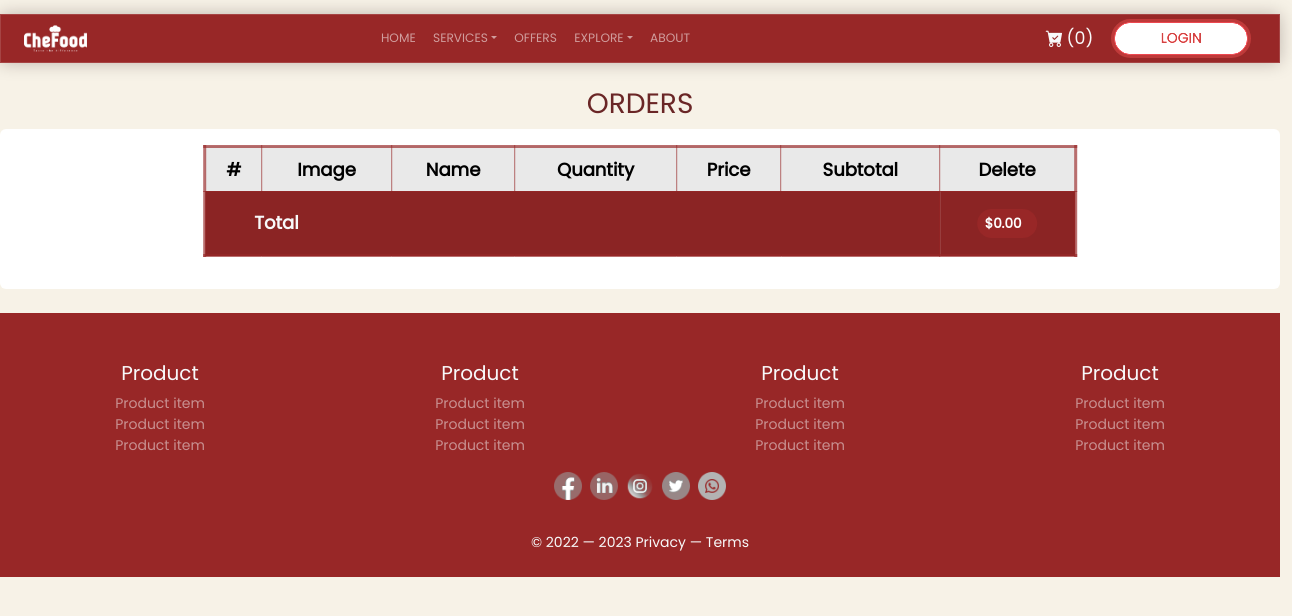
Repository: qamchamine/chefood
Page: /cart (app in front-end/)
These files come from the project's save history. The page is drawn as it stood at one moment and after the next save; the edit follows.
The browser window is 1280 px wide. The page is 1292 px wide, so the pictures cover 1292 px, including what lies to the right of the window. The pictures show the whole page.
The project was rebuilt for these pictures with package versions that can differ from the ones it lists, and the page was loaded fresh each time. Some packages were replaced by stand-ins written for this rebuild. Also part of the build but not shown: front-end/src/css/products.css, front-end/src/components/small_components/ProductCard.jsx, front-end/src/components/small_components/AddProduct.jsx, front-end/src/components/pages/sub-pages/Products.jsx, front-end/src/components/small_components/ButtonMain.jsx, front-end/src/components/small_components/HomeCard.jsx, front-end/src/components/small_components/HomeCardFullSection.jsx, front-end/src/components/pages/Home.jsx and 33 more. Imported but missing from the stored project, and not drawn on this page: front-end/src/sounds/applause.mp3, front-end/src/sounds/wheel.mp3.

Above is the page before, as saved 2023-06-25 20:36:28.

After the next save:
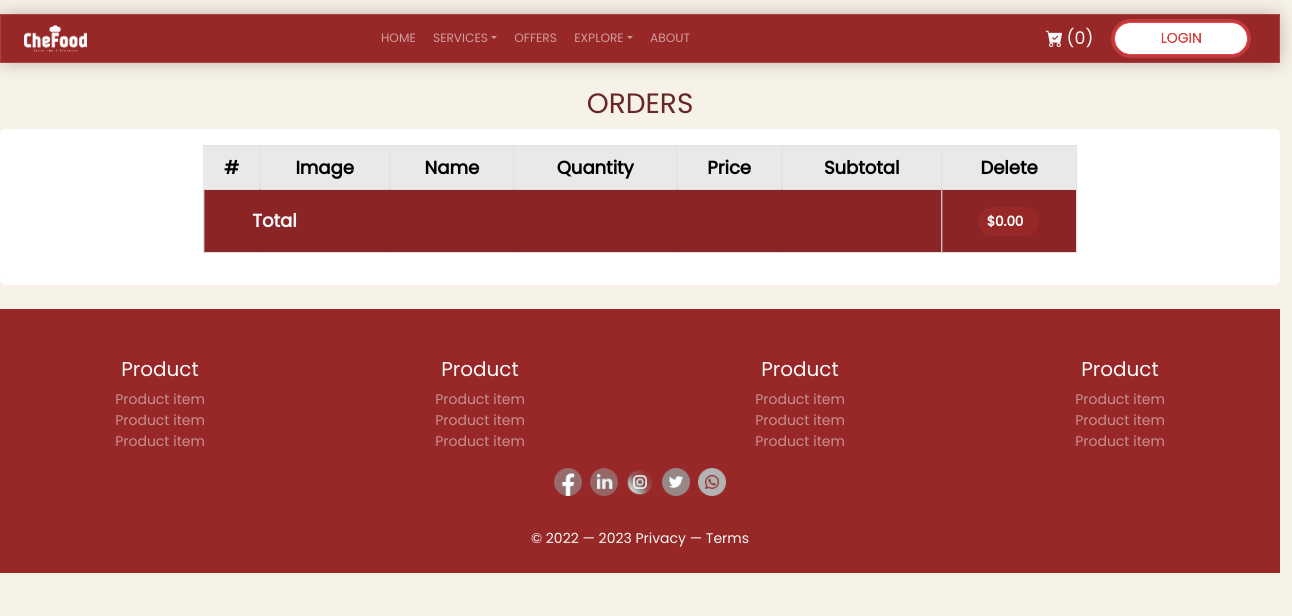
Saved 38 s later.
--- a/front-end/src/css/cart.css
+++ b/front-end/src/css/cart.css
@@ -18,6 +18,7 @@
 position: relative;
 left: 50%;
 translate: -50% 0;
+b
 border: .2em solid #982727aa !important;
 }
 .cart-page .card {

After the save that followed:
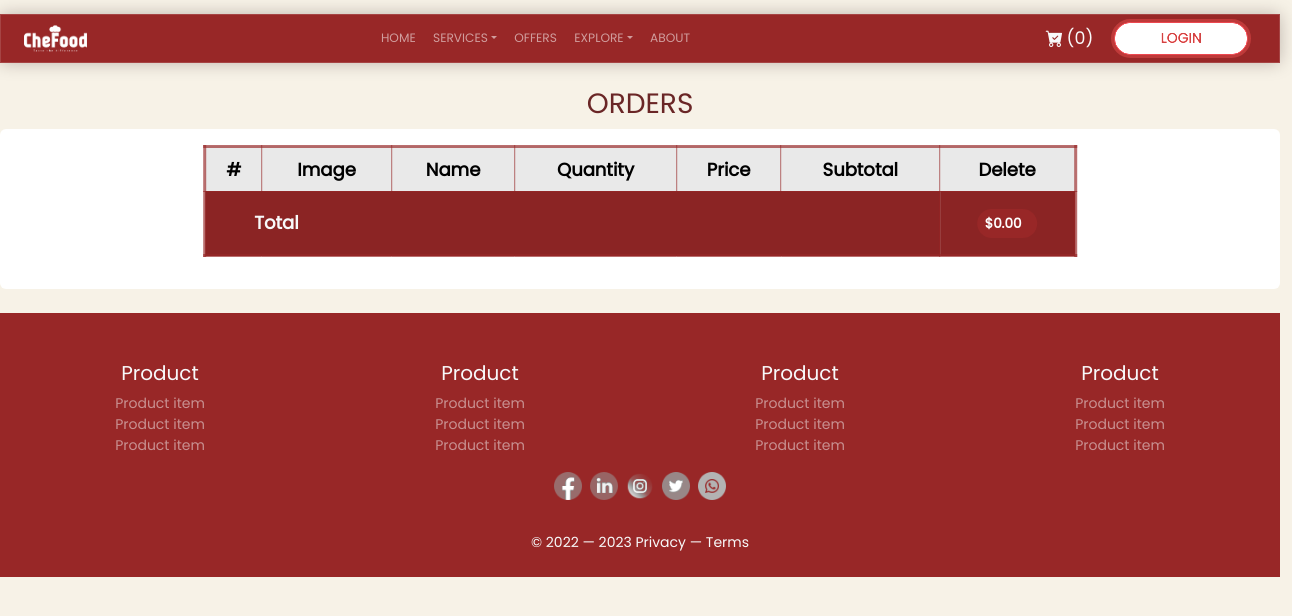
Saved 4 s later.
--- a/front-end/src/css/cart.css
+++ b/front-end/src/css/cart.css
@@ -18,7 +18,7 @@
 position: relative;
 left: 50%;
 translate: -50% 0;
-b
+border-radius: ;
 border: .2em solid #982727aa !important;
 }
 .cart-page .card {
